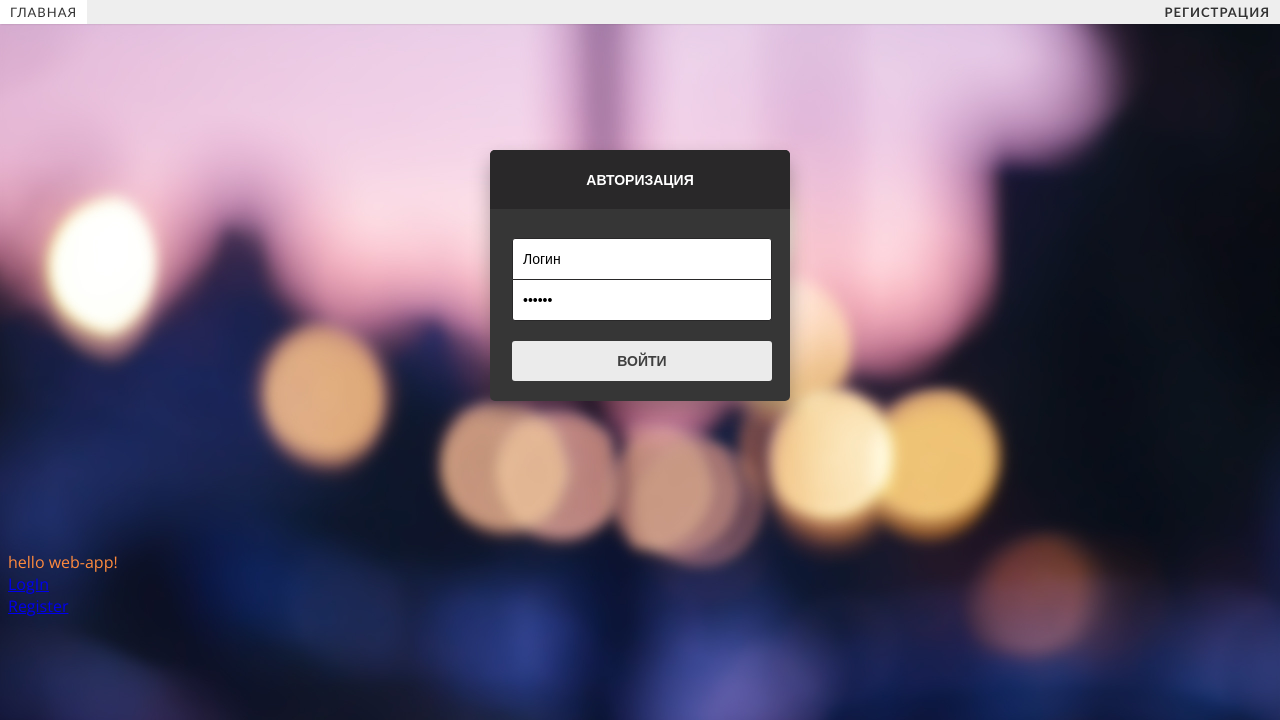
Repository: KosiloVeronika/workspace
Page: http://localhost/libraryManager/
These files come from the project's save history. The page is drawn as it stood at one moment and after the next save; the edit follows.
The browser window is 1280 px wide. The pictures show the whole page.
The page is served by Tomcat 9.

Above is the page before, as saved 2015-09-02 17:56:01.

After the next save:
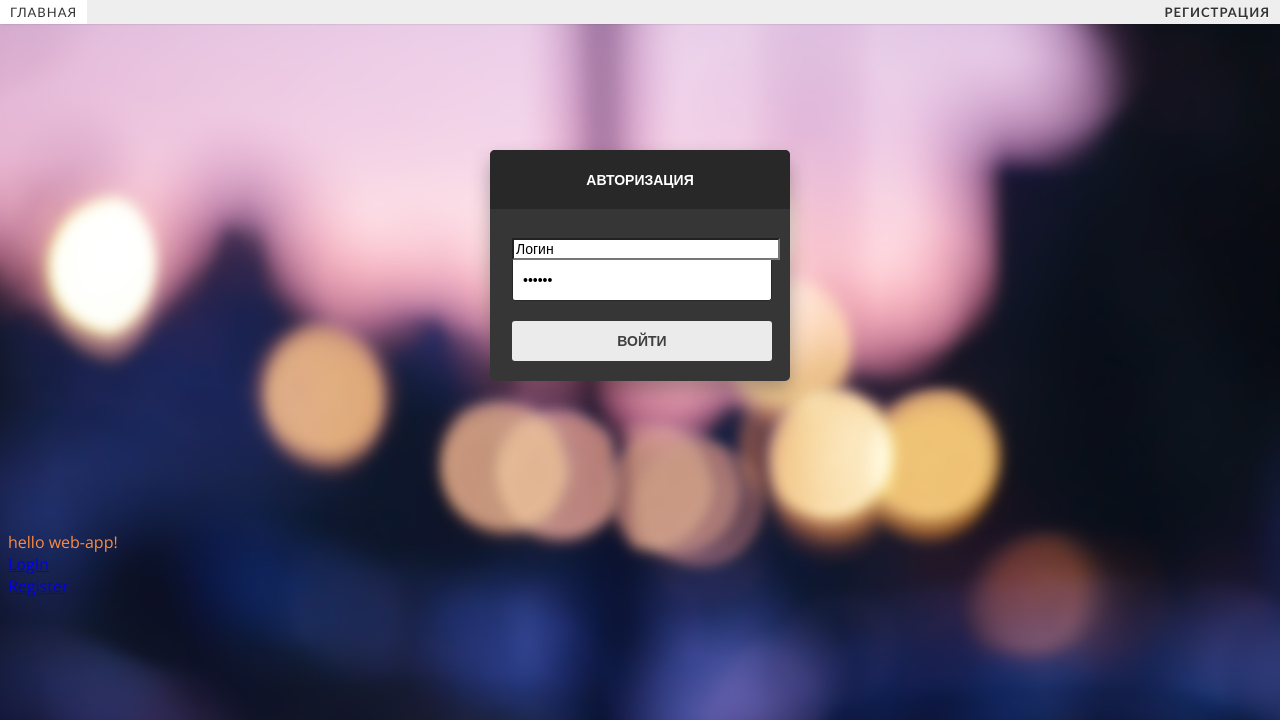
Saved 92 s later.
--- a/libraryManager/WebContent/index.jsp
+++ b/libraryManager/WebContent/index.jsp
@@ -27,7 +27,7 @@
         <fieldset>
             <form action="javascript:void(0);" method="POST" action="${pageContext.servletContext.contextPath}/Controller">
             <input type="hidden" name="command" value="login" />
-                <input type="email" name="login" required value="Логин" onBlur="if(this.value=='')this.value='Логин'" onFocus="if(this.value=='Логин')this.value='' ">
+                <input type="text" name="login" required value="Логин" onBlur="if(this.value=='')this.value='Логин'" onFocus="if(this.value=='Логин')this.value='' ">
                 <input type="password" name="password" required value="Пароль" onBlur="if(this.value=='')this.value='Пароль'" onFocus="if(this.value=='Пароль')this.value='' ">
                 <input type="submit" value="ВОЙТИ">
             </form>
